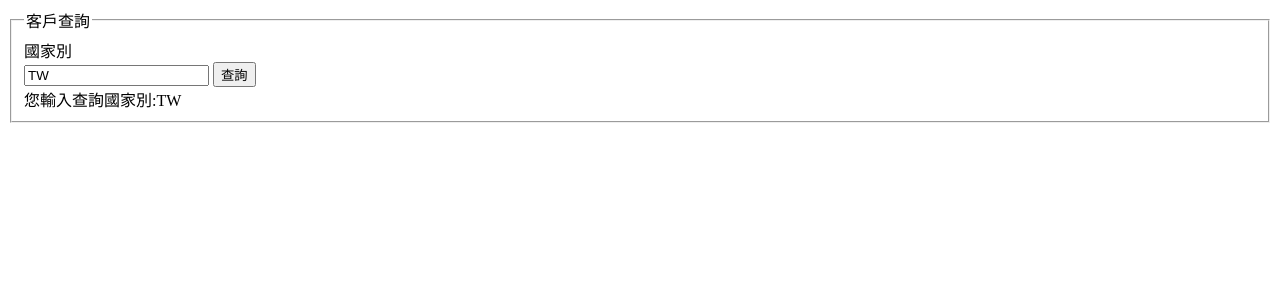
Repository: JunTingLin/web0620
Page: http://localhost/myWeb/customersqrycountry.jsp
These files come from the project's save history. The page is drawn as it stood at one moment and after the next save; the edit follows.
The browser window is 1280 px wide. The pictures show the whole page.
The page is served by Tomcat 9.

Above is the page before, as saved 2022-06-26 17:44:32.

After the next save:
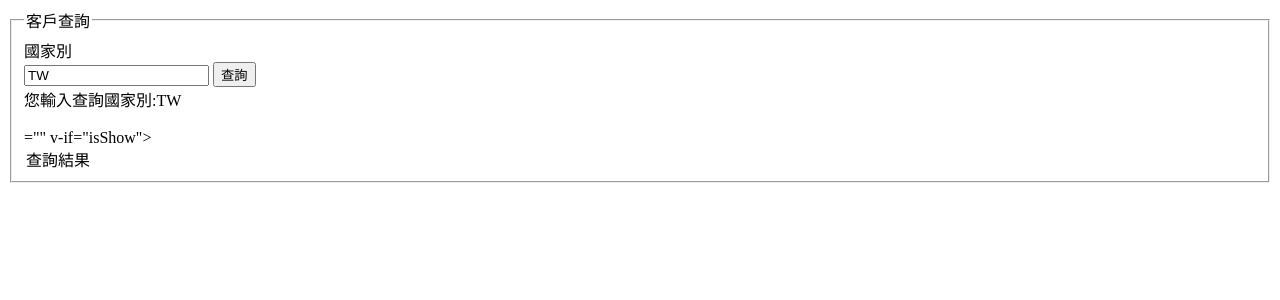
Saved 10 s later.
--- a/myWeb/src/main/webapp/customersqrycountry.jsp
+++ b/myWeb/src/main/webapp/customersqrycountry.jsp
@@ -56,7 +56,8 @@
 		<button id="btnGo">查詢</button>
 		<br>
 		<div>您輸入查詢國家別:{{countryKey}}</div>
-
+		<br>
+		<div style=""
 		<fieldset v-if="isShow">
 			<legend>查詢結果</legend>
 		</fieldset>
